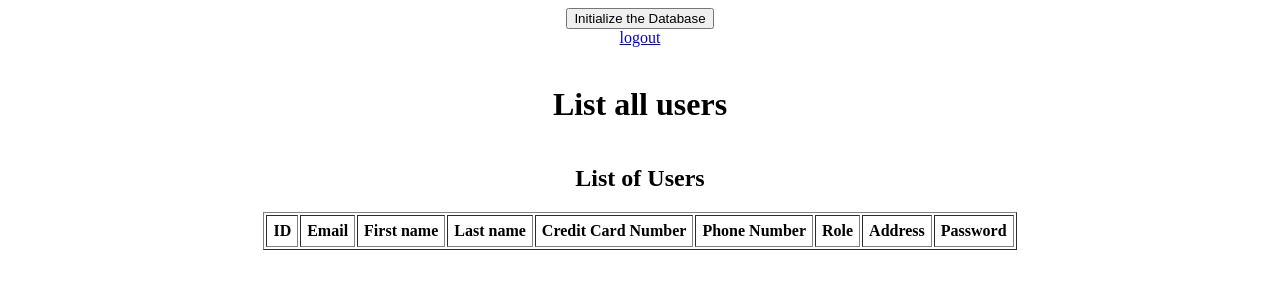
Repository: jrule5960/Tree-Cutting-Database
Page: http://localhost/database/rootView.jsp
An editor plug-in stored every save of this project. The page is shown before and after the next save, followed by the edit.
The browser window is 1280 px wide. The pictures show the whole page.
The page is served by Tomcat 9. Other server files are loaded and not shown.

Above is the page before, as saved 2023-11-07 03:04:31.

### database/WebContent/rootView.jsp
<%@ page language="java" contentType="text/html; charset=ISO-8859-1"
    pageEncoding="ISO-8859-1"%>
 <%@taglib uri="http://java.sun.com/jsp/jstl/core" prefix="c" %>

<!DOCTYPE html>
<html>
<head>
<meta charset="ISO-8859-1">
<title>Root page</title>
</head>
<body>

<div align = "center">

	<form action = "initialize">
		<input type = "submit" value = "Initialize the Database"/>
	</form>
	<a href="login.jsp"target ="_self" > logout</a><br><br>

<h1>List all users</h1>
    <div align="center">
        <table border="1" cellpadding="6">
            <caption><h2>List of Users</h2></caption>
            <tr>
            	<th>ID</th>
                <th>Email</th>
                <th>First name</th>
                <th>Last name</th>
                <th>Credit Card Number</th>
                <th>Phone Number</th>
                <th>Role</th>
                <th>Address</th>
                <th>Password</th>
            </tr>
            <c:forEach var="users" items="${listUser}">
                <tr style="text-align:center">
                	<td><c:out value="${users.id}" /></td>
                    <td><c:out value="${users.email}" /></td>
                    <td><c:out value="${users.firstName}" /></td>
                    <td><c:out value="${users.lastName}" /></td>
                    <td><c:out value="${users.creditCardNumber}" /></td>
			        <td><c:out value="${users.phoneNumber}" /></td>
			        <td><c:out value="${users.role}" /></td>
                    <td><c:out value="${users.adress_street_num} ${users.adress_street} ${users.adress_city} ${users.adress_state} ${users.adress_zip_code}" /></td>
                    <td><c:out value="${users.password}" /></td>
                    <td><c:out value="${users.tree_num}" /></td>

            </c:forEach>
        </table>
	</div>
	</div>

</body>
</html>

After the next save:
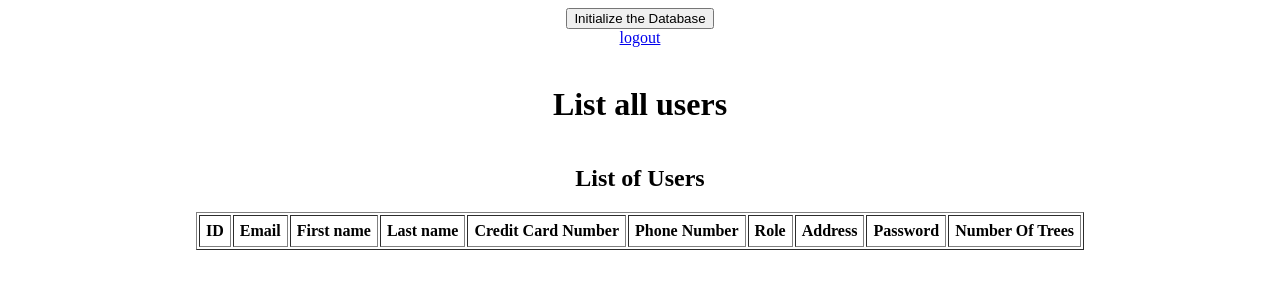
Saved 29 s later.
--- a/database/WebContent/rootView.jsp
+++ b/database/WebContent/rootView.jsp
@@ -31,6 +31,8 @@
                 <th>Role</th>
                 <th>Address</th>
                 <th>Password</th>
+                <th>Number Of Trees</th>
+
             </tr>
             <c:forEach var="users" items="${listUser}">
                 <tr style="text-align:center">
